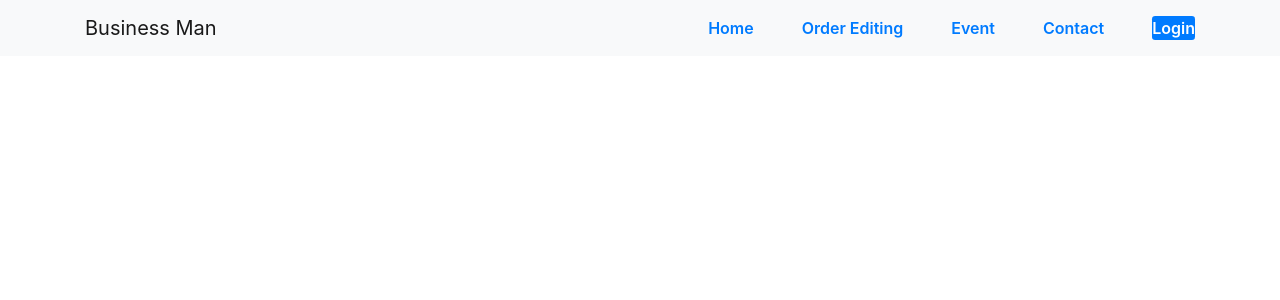
Repository: mdtahsinamin/internship-task
Page: /home
The author's editor kept a copy of each file at every save. The page is drawn from the files as they stood at one save, then again after the next save.
The browser window is 1280 px wide. The pictures show the whole page.
The project was rebuilt for these pictures with package versions that can differ from the ones it lists, and the page was loaded fresh each time. Also part of the build but not shown: src/App.css, src/Components/Style/SignIn.css, src/Components/Authentication/SignIn.js, src/Components/NotFound/NotFound.js.

Above is the page before, as saved 2020-12-24 17:41:32.

After the next save:
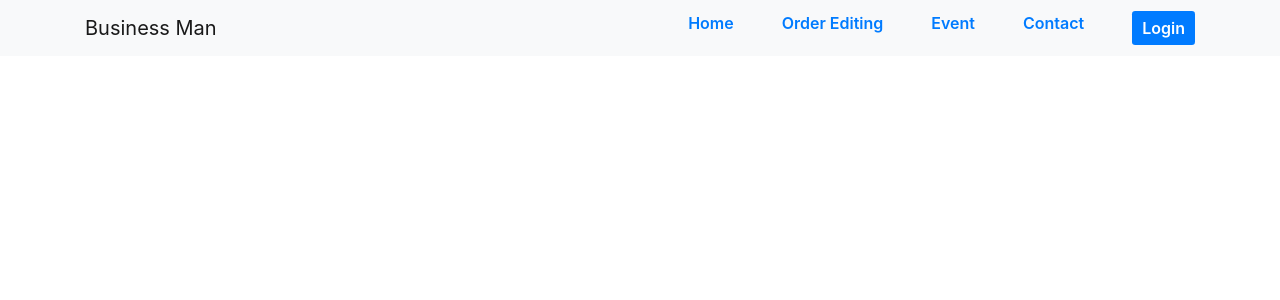
Saved 31 s later.
--- a/src/Components/Pages/Share/Navigation/Navigation.js
+++ b/src/Components/Pages/Share/Navigation/Navigation.js
@@ -4,6 +4,7 @@ import { Container, Dropdown, Nav, Navbar } from 'react-bootstrap';
 import { Link } from 'react-router-dom';
 import { UserContext } from '../../../../App';
 import { googleSignOut } from '../../../Authentication/AuthManager';
+import '../../../Style/Navigation.css';
 
 const Navigation = () => {
     const links = ['Home','Order Editing','Event','Contact'];
